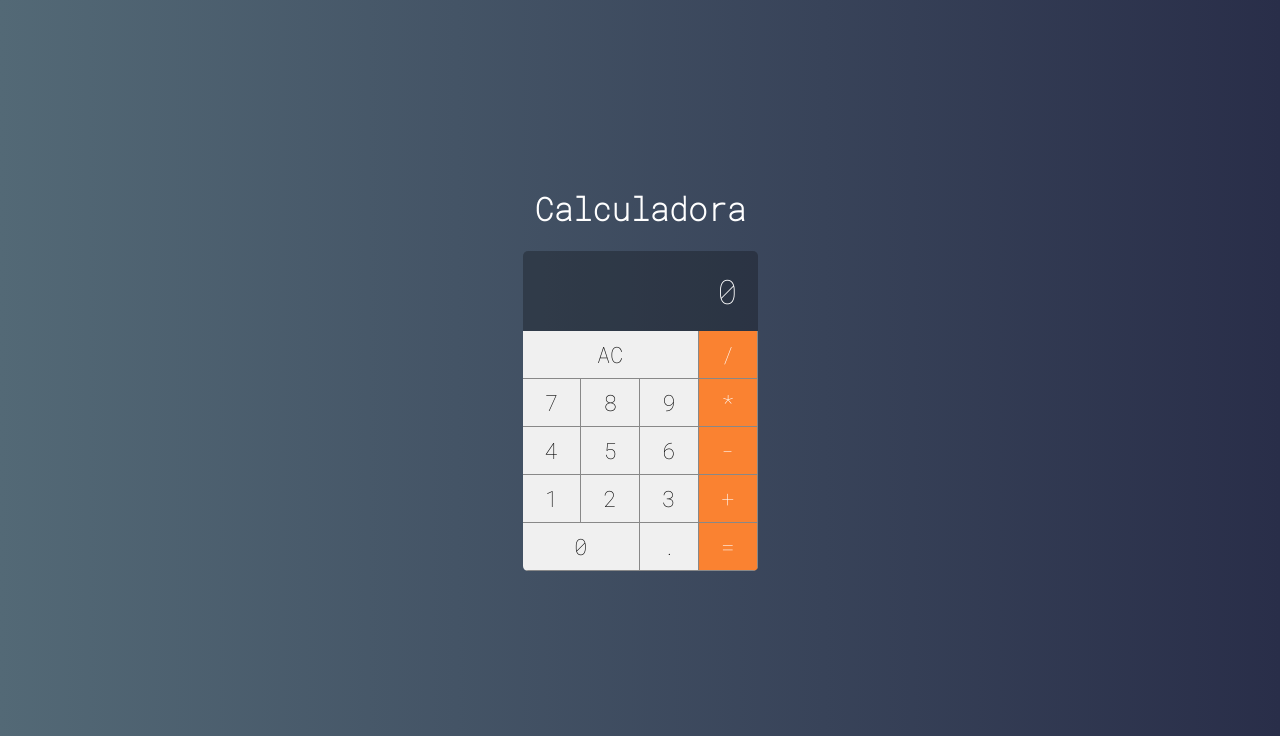
Repository: wellingtondevops/react-Calculator
Page: / (app in calculadora/)
The author's editor kept a copy of each file at every save. The page is drawn from the files as they stood at one save, then again after the next save.
The browser window is 1280 px wide. The pictures show the whole page.
The project was rebuilt for these pictures with package versions that can differ from the ones it lists, and the page was loaded fresh each time.

Above is the page before, as saved 2020-05-07 16:24:51.

### calculadora/src/index.js
import React from 'react';
import ReactDOM from 'react-dom';
import './index.css';
import Calculator from './main/Calculator'
import * as serviceWorker from './serviceWorker';

ReactDOM.render(
  <div>
  <h1>Calculadora</h1>
  <Calculator />
  </div>,
  document.getElementById('root')
);

// If you want your app to work offline and load faster, you can change
// unregister() to register() below. Note this comes with some pitfalls.
// Learn more about service workers: https://bit.ly/CRA-PWA
serviceWorker.unregister();

### calculadora/src/index.css
@font-face {
  font-family: 'RobotoMono';
  src: url('./fonts/RobotoMono-Thin.ttf')
}

* {
  font-family: 'RobotoMOno', monospace;
}

body {
  display: flex;
  height: 100vh;
  justify-content: center;
  align-items: center;
  text-align: center;

  color: #fff;
  background: linear-gradient(to right, rgb(83, 105 , 118), rgb(41, 46, 73));


}

### calculadora/src/main/Calculator.jsx
import React, { Component } from 'react'
import './Calculator.css'
import Button from '../components/Button'
import Display from '../components/Display'

const initialState = {
    displayValue: '0',
    clearDisplay: false,
    operation: null,
    values: [0, 0],
    current: 0

}

export default class Calculator extends Component {

    state = { ...initialState}

    constructor(props) {
        super(props)
        this.clearMemory = this.clearMemory.bind(this)
        this.setOperation = this.setOperation.bind(this)
        this.addDigit = this.addDigit.bind(this)

    }

    clearMemory() {
        this.setState({...initialState})
    }

    setOperation(operation) {
        console.log(operation)
    }

    addDigit(n) {
       if (n === '.' && this.state.displayValue.includes('.')){
           return
       }
       const clearDisplay = this.state.displayValue === '0'
       || this.state.clearDisplay
       const currentValue = clearDisplay ? '' : this.state.displayValue
       const displayValue = currentValue + n
       this.setState({ displayValue, clearDisplay:false})
    }
    render() {
        return (
            <div className="calculator">
                <Display value={this.state.displayValue} />
                <Button label="AC" click={this.clearMemory} triple />
                <Button label="/" click={this.setOperation} operation />
                <Button label="7" click={this.addDigit} />
                <Button label="8" click={this.addDigit} />
                <Button label="9" click={this.addDigit} />
                <Button label="*" click={this.addDigit} operation />
                <Button label="4" click={this.addDigit} />
                <Button label="5" click={this.addDigit} />
                <Button label="6" click={this.addDigit} />
                <Button label="-" click={this.setOperation} operation />
                <Button label="1" click={this.addDigit} />
                <Button label="2" click={this.addDigit} />
                <Button label="3" click={this.addDigit} />
                <Button label="+" click={this.setOperation} operation />
                <Button label="0" click={this.addDigit} double />
                <Button label="." click={this.setOperation} />
                <Button label="=" click={this.setOperation} operation />
            </div>
        )
    }
}

### calculadora/src/main/Calculator.css
.calculator {
    height: 320px;
    width: 235px;
    border-radius: 5px;
    overflow: hidden;
    display: grid;
    grid-template-columns: repeat(4,25%);
    grid-template-rows: 1fr 48px 48px 48px 48px 48px ;
}

### calculadora/src/components/Button.jsx
import React from 'react'
import './Button.css'


export default props => {

    let classes = 'button '
    classes += props.operation ? 'operation' : ''
    classes += props.double ? 'double' : ''
    classes += props.triple ? 'triple' : ''
    return (
        <button
            onClick = {e => props.click && props.click(props.label)}
            className={classes}>
            {props.label}
        </button>
    )
}

### calculadora/src/components/Display.jsx
import React from 'react'
import './Display.css'

export default props =>
<div className="display">{props.value}</div>

### calculadora/src/components/Button.css
:root {
    --bg-button: #f0f0f0;
    --border-button: solid 1px #888;

}

.button {
    font-size: 1.4em;
    background-color:  var(--bg-button);
    border: none;
    border-right: var(--border-button);
    border-bottom: var(--border-button);
    outline: none;
}

.button:active {
    background-color: #ccc;
}
.button.double {
    grid-column: span 2;
}
.button.triple {
    grid-column: span 3;
}
.button.operation {
    background-color:#fa8231 ;
    color: #FFF;
}
.button.operation.button:active {
    background-color: #fa8231cc;
}

Loaded but not shown: calculadora/public/index.html (common file); calculadora/src/serviceWorker.js (common file); calculadora/src/components/Display.css (common file)

After the next save:
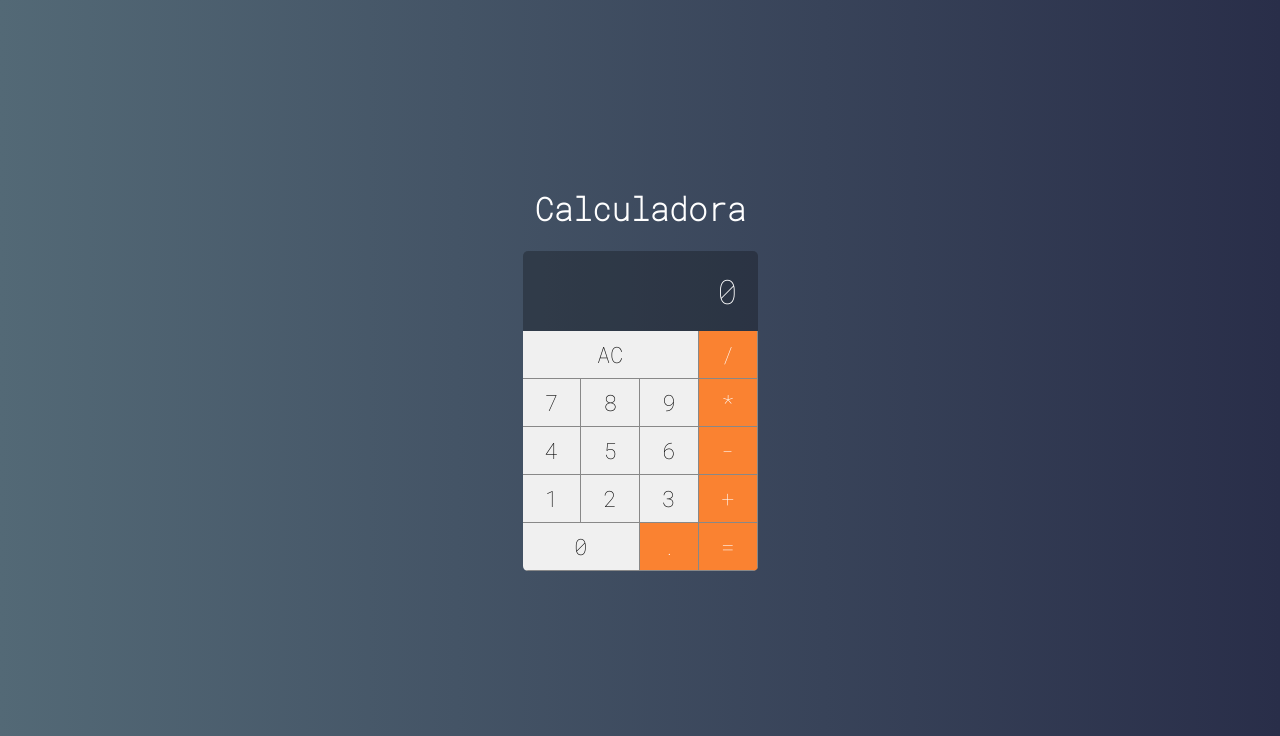
Saved 42 s later.
--- a/calculadora/src/main/Calculator.jsx
+++ b/calculadora/src/main/Calculator.jsx
@@ -61,7 +61,7 @@
                 <Button label="3" click={this.addDigit} />
                 <Button label="+" click={this.setOperation} operation />
                 <Button label="0" click={this.addDigit} double />
-                <Button label="." click={this.setOperation} />
+                <Button label="." click={this.setOperation} operation/>
                 <Button label="=" click={this.setOperation} operation />
             </div>
         )

After the save that followed:
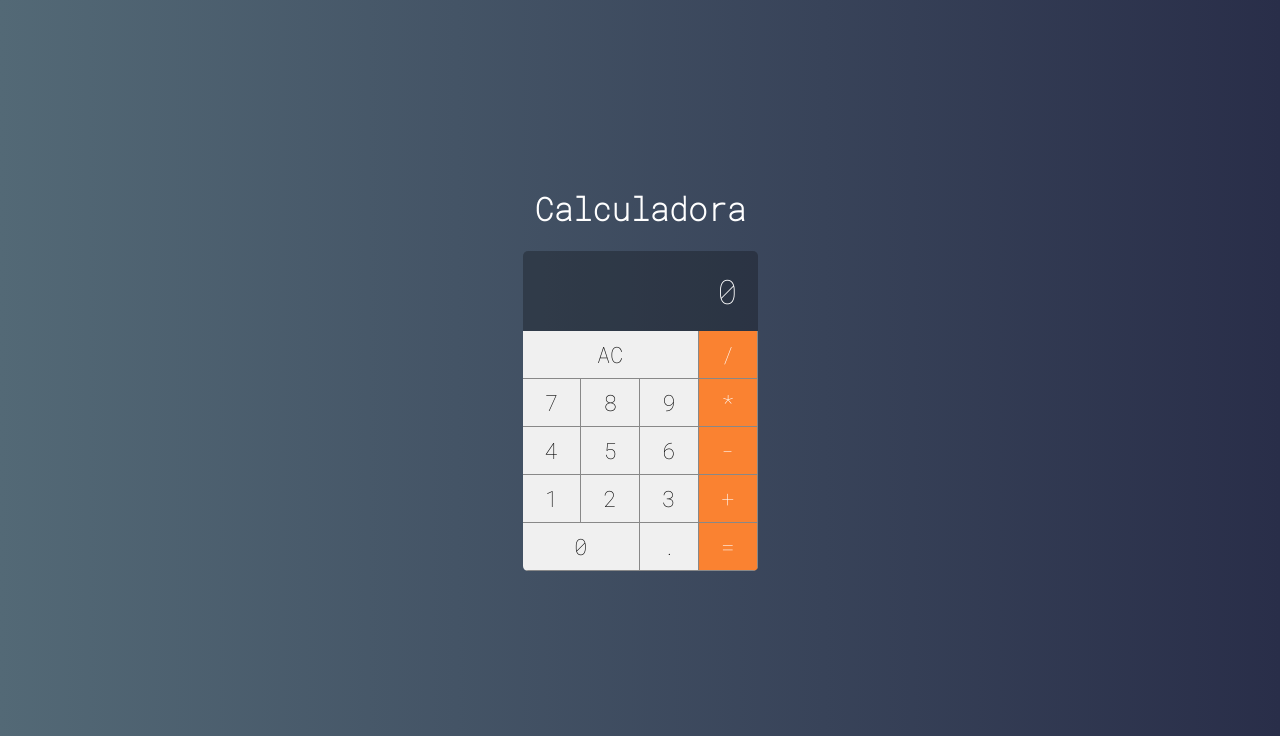
Saved 3 min 8 s later.
--- a/calculadora/src/main/Calculator.jsx
+++ b/calculadora/src/main/Calculator.jsx
@@ -41,6 +41,10 @@
        const currentValue = clearDisplay ? '' : this.state.displayValue
        const displayValue = currentValue + n
        this.setState({ displayValue, clearDisplay:false})
+
+       if (n !== '.'){
+           const i = this.state.current
+       }
     }
     render() {
         return (
@@ -61,7 +65,7 @@
                 <Button label="3" click={this.addDigit} />
                 <Button label="+" click={this.setOperation} operation />
                 <Button label="0" click={this.addDigit} double />
-                <Button label="." click={this.setOperation} operation/>
+                <Button label="." click={this.setOperation} />
                 <Button label="=" click={this.setOperation} operation />
             </div>
         )
